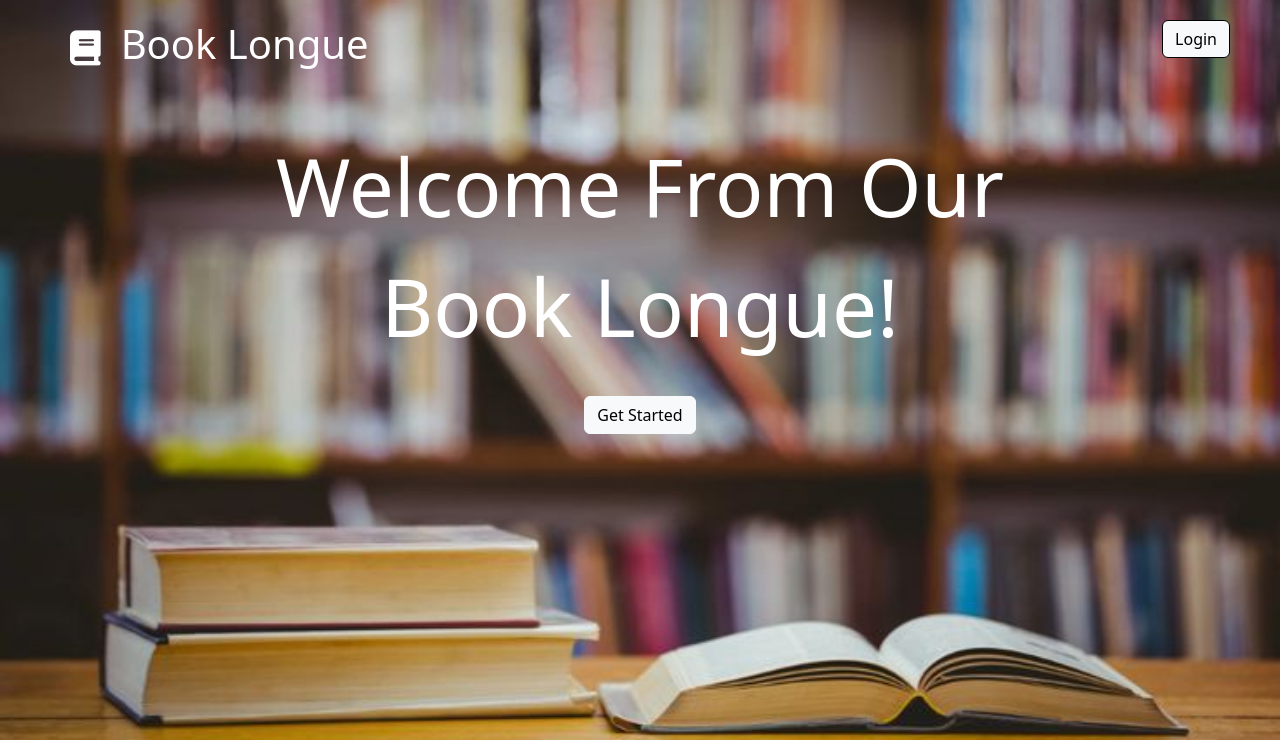
Repository: moehaymanmyint/Book-Longue-Web-System
Page: pages /GetStarted.html
These files come from the project's save history. The page is drawn as it stood at one moment and after the next save; the edit follows.
The browser window is 1280 px wide. The pictures show the whole page.

Above is the page before, as saved 2024-12-21 20:28:21.

After the next save:
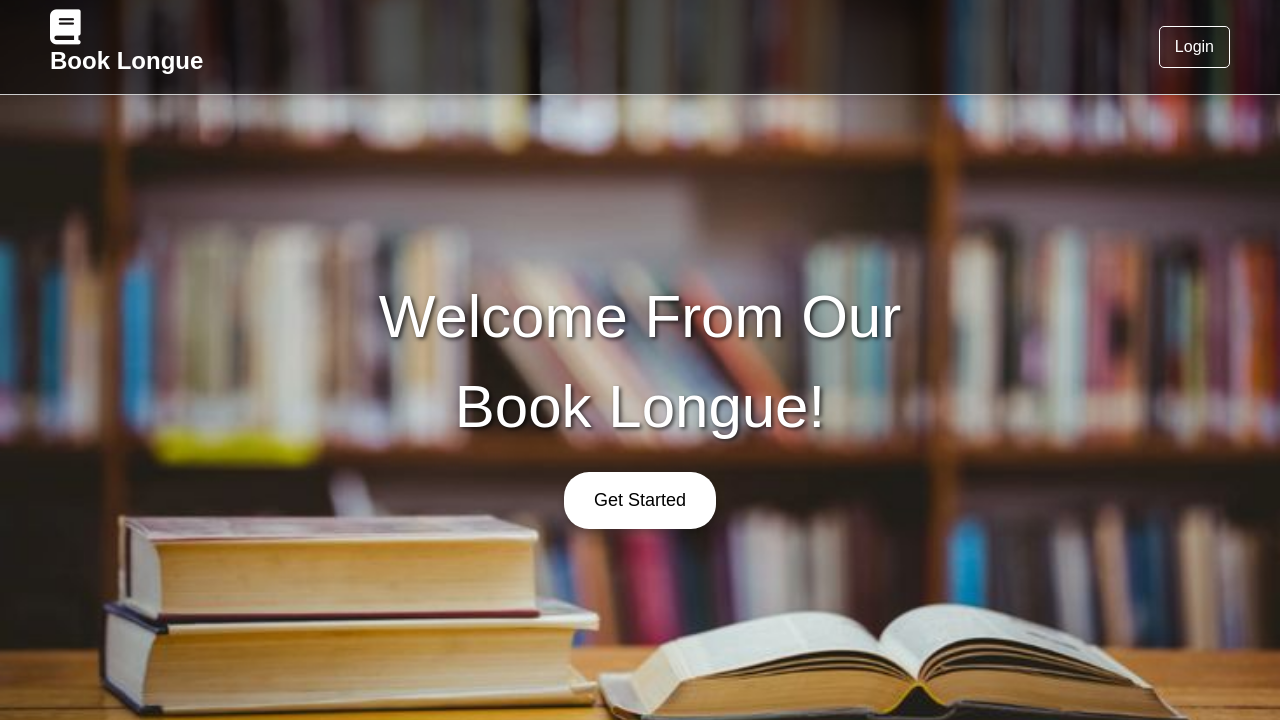
Saved 9 s later.
--- a/style/GetStarted.css
+++ b/style/GetStarted.css
@@ -1,41 +1,87 @@
-body{
+body {
     background-image: url(../src/GetStart-bg.jpg);
     background-size: cover;
     background-repeat: no-repeat;
     background-position: center;
     height: 100vh;
-    color: #ffffff;
+    color: #ffffff; /* White text for better readability */
+    font-family: 'Arial', sans-serif;
     margin: 0;
 }
 
-.content{
+.nav-bar {
+    display: flex;
+    justify-content: space-between;
+    align-items: center;
+    padding: 10px 50px;
+    background-color: rgba(0, 0, 0, 0.6); /* Slightly transparent navbar background */
+    border-bottom: 1px solid #ccc;
+    position: fixed;
+    width: 100%;
+    z-index: 10;
+    box-shadow: 0px 4px 6px rgba(0, 0, 0, 0.1);
+}
+
+.nav-bar .left i {
+    font-size: 35px;
+    margin-right: 10px;
+    color: #fff;
+}
+
+.nav-bar h1 {
+    font-size: 24px;
+    color: #fff;
+    font-weight: bold;
+}
+
+.nav-bar button {
+    border: 1px solid #fff;
+    background-color: transparent;
+    color: #fff;
+    padding: 8px 15px;
+    border-radius: 5px;
+    cursor: pointer;
+    transition: 0.3s;
+}
+
+.nav-bar button:hover {
+    background-color: #fff;
+    color: #000;
+}
+
+.content {
     display: flex;
     flex-direction: column;
     align-items: center;
+    justify-content: center;
+    text-align: center;
+    height: 100%;
+    padding-top: 60px; /* Prevents overlapping with navbar */
 }
 
-.left{
-    display: flex;
-    align-items: center;
+.content h1 {
+    font-size: 60px;
+    text-align: center;
+    line-height: 1.5;
+    margin: 20px 0;
+    color: #ffffff;
+    text-shadow: 2px 2px 4px rgba(0, 0, 0, 0.7); /* Adds depth to the text */
 }
 
-.left i{
-    font-size: 35px;
-    margin: 0 20px;
-}
-.nav-bar{
-    display: flex;
-    justify-content: space-between;
-    margin: 20px 50px;
+.content button {
+    border: none;
+    padding: 15px 30px;
+    font-size: 18px;
+    color: #000;
+    background-color: #fff;
+    border-radius: 25px;
+    cursor: pointer;
+    box-shadow: 0px 4px 6px rgba(0, 0, 0, 0.2);
+    transition: 0.3s;
 }
 
-.nav-bar button{
-    border: 1px solid black;
+.content button:hover {
+    background-color: #f4b400; /* Adds an accent color on hover */
+    color: #fff;
+    transform: translateY(-2px); /* Subtle lift on hover */
 }
-
-.content h1{
-    font-size: 80px;
-    text-align: center;
-    line-height: 150%;
-    margin: 30px;
-}
